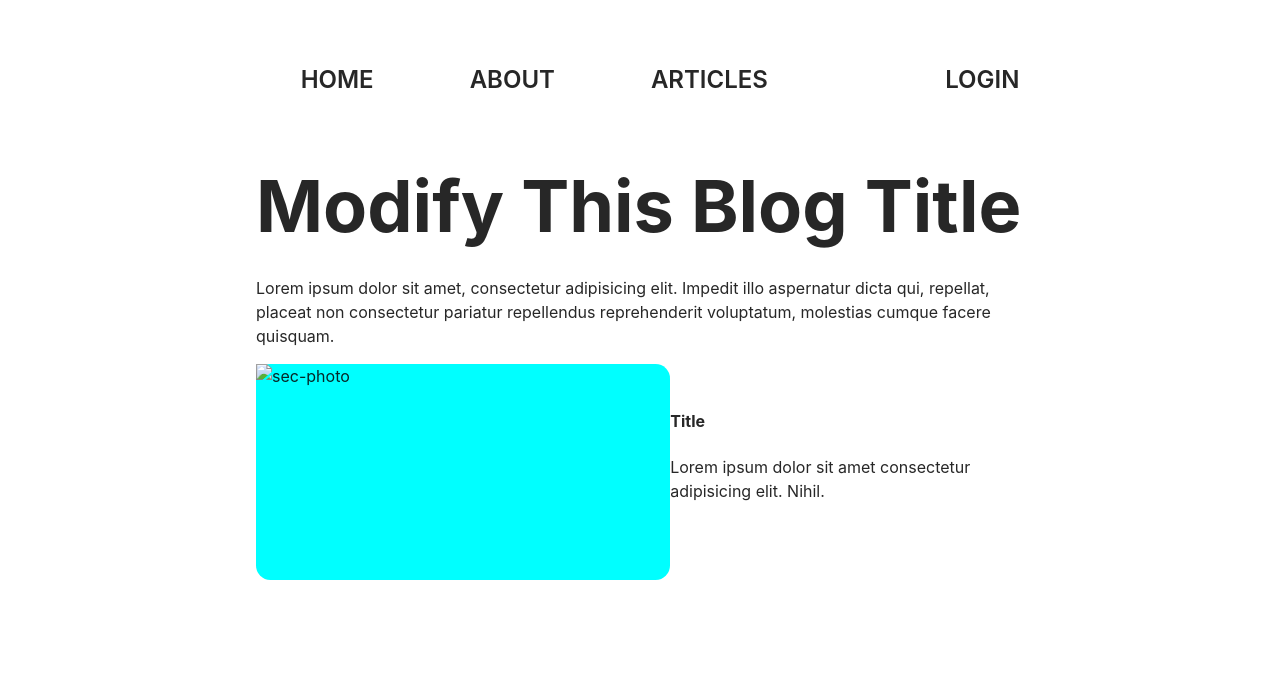
Repository: ValGrace/-static-site
Page: /home (app in client/)
An editor plug-in stored every save of this project. The page is shown before and after the next save, followed by the edit.
The browser window is 1280 px wide. The pictures show the whole page.
The project was rebuilt for these pictures with package versions that can differ from the ones it lists, and the page was loaded fresh each time. Also part of the build but not shown: client/vite.config.js, client/src/Utils/appwrite.js, client/src/Components/Inputs.css, client/src/Components/Login.jsx, client/src/Components/Signup.jsx.

Above is the page before, as saved 2023-02-05 11:56:35.

### client/src/main.jsx
import React from 'react'
import ReactDOM from 'react-dom/client'
import App from './App'
import './index.css'
import { BrowserRouter } from 'react-router-dom'
ReactDOM.createRoot(document.getElementById('root')).render(
  <React.StrictMode>
    <BrowserRouter>
    <App />
    </BrowserRouter>
  </React.StrictMode>,
)

### client/src/App.jsx
import PageRouter from './Routing/PageRouter'
import './App.css'

function App() {


  return (
    <div className="App">
      <PageRouter />
    </div>
  )
}

export default App

### client/src/index.css
:root {
  font-family: Inter, system-ui, Avenir, Helvetica, Arial, sans-serif;
  line-height: 1.5;
  font-weight: 400;

  color-scheme: light dark;
  color: rgba(7, 7, 7, 0.87);
  background-color: #ffffff;

  font-synthesis: none;
  text-rendering: optimizeLegibility;
  -webkit-font-smoothing: antialiased;
  -moz-osx-font-smoothing: grayscale;
  -webkit-text-size-adjust: 100%;
}

/* a {
  font-weight: 500;
  color: #646cff;
  text-decoration: inherit;
}
a:hover {
  color: #535bf2;
}

body {
  margin: 0;
  display: flex;
  place-items: center;
  min-width: 320px;
  min-height: 100vh;
}

h1 {
  font-size: 3.2em;
  line-height: 1.1;
}

button {
  border-radius: 8px;
  border: 1px solid transparent;
  padding: 0.6em 1.2em;
  font-size: 1em;
  font-weight: 500;
  font-family: inherit;
  background-color: #1a1a1a;
  cursor: pointer;
  transition: border-color 0.25s;
}
button:hover {
  border-color: #646cff;
}
button:focus,
button:focus-visible {
  outline: 4px auto -webkit-focus-ring-color;
}

@media (prefers-color-scheme: light) {
  :root {
    color: #213547;
    background-color: #ffffff;
  }
  a:hover {
    color: #747bff;
  }
  button {
    background-color: #f9f9f9;
  }
} */

### client/src/Routing/PageRouter.jsx
import Dashboard from "../Pages/Dashboard";
import HomePage from "../Pages/HomePage";
import { Routes, Route} from "react-router-dom"

const PageRouter = () => {
    return (
        <Routes>
            <Route path="/" element={<Dashboard />} />
            <Route path="/home" element={<HomePage />} />
        </Routes>
    )
}

export default PageRouter

### client/src/App.css
.App {
  display: flex;
  flex-direction: column;
  justify-content: center;
  align-items: center;
}

### client/src/Pages/Dashboard.jsx
import React, { useReducer} from 'react'
import Login from '../Components/Login'
import Signup from '../Components/Signup'
import "../Components/Inputs.css"
const initialState = {page : <Login />}
function reducer(state, action) {
    switch(action.type) {
        case 'loginpage':
          return { page: <Login />}
        case 'signuppage':
            return { page: <Signup />}
        default:
            return { page: <h2>Loading....</h2>}
    }
}
const Dashboard = () => {
    const [state, dispatch] = useReducer(reducer, initialState)
    return (
        <div className='dashboard'>
         <h2>Static Site Generator</h2>
         <div>Static site Image</div>
         <div className='dash' id='dash'>
            <div className='toggleForms'>
                <button onClick={() => dispatch({type: 'loginpage'})} className="type-btn">Login</button>
                <button onClick={() => dispatch({type: 'signuppage'})} className="type-btn">Signup</button>
                </div>
            <React.Fragment>{state.page}</React.Fragment>

            <button id="auth-btns">Login with Github account</button>
            <button id="auth-btns">Login with Google account</button>
         </div>
       </div>
    )
}

export default Dashboard

### client/src/Pages/HomePage.jsx
import Navbar from "../Components/Navbar"
import TopSection from "../Components/TopSection"
const HomePage = () => {
    return (
        <>
         <Navbar />
         <TopSection />
        </>
    )
}

export default HomePage

### client/src/Components/Navbar.jsx
import "./Navbar.css"
const Navbar = () => {
    return (
        <nav>
            <ul>
                <li>home</li>
                <li>about</li>
                <li>articles</li>
            </ul>
            <ul>
                <li>Login</li>
            </ul>
        </nav>
    )
}

export default Navbar

### client/src/Components/TopSection.jsx
const TopSection = () => {
    return (
      <>
      <div className="top-text" id="top-text">
      <h2>Modify this blog title</h2>
      <p>Lorem ipsum dolor sit amet, consectetur adipisicing elit. Impedit illo aspernatur dicta qui, repellat, placeat non consectetur pariatur repellendus reprehenderit voluptatum, molestias cumque facere quisquam.</p>
      </div>
      <div className="head-section">
        <div className="head-img">
            <img src="" alt="sec-photo" />
        </div>
        <div>
            <div>
                <img src="" alt=""/>
            </div>
            <div>
                <h4>Title</h4>
                <p>Lorem ipsum dolor sit amet consectetur adipisicing elit. Nihil.</p>
            </div>
        </div>
      </div>
      </>
    )
}

export default TopSection

### client/src/Components/Navbar.css
nav {
    width: 70vw;
    height: 20vh;
    display: flex;
}

nav > ul{
  display: flex;
  flex-direction: row;
  text-transform: uppercase;
  list-style-type: none;
  justify-content: center;
  align-items: center;
  gap: 4em;
  font-weight: 600;
  font-size: 1.5rem;
  flex-grow: 1;
}

#top-text {
    width: 60vw;
}

#top-text > h2 {
    font-size: 4.5rem;
    text-transform: capitalize;
    margin: 0;
    /* float: left; */
}

#top-text > p {
    float: right;

}

.head-section {
    display: flex;
    width: 60vw;
}

.head-img {
    background-color: aqua;
    width: 70%;
    border-radius: 0.9em;
    height: 30vh;
}

Loaded but not shown: client/index.html (common file)

After the next save:
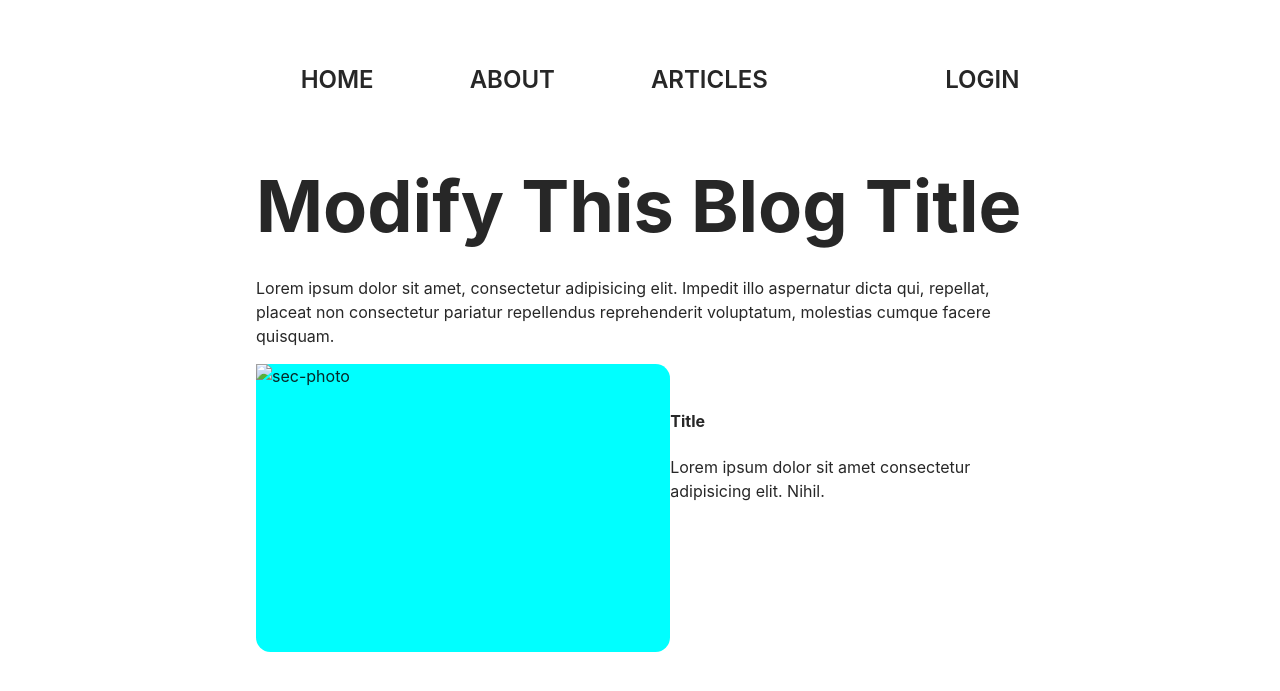
Saved 11 s later.
--- a/client/src/Components/Navbar.css
+++ b/client/src/Components/Navbar.css
@@ -42,5 +42,5 @@ nav > ul{
     background-color: aqua;
     width: 70%;
     border-radius: 0.9em;
-    height: 30vh;
+    height: 40vh;
 }
